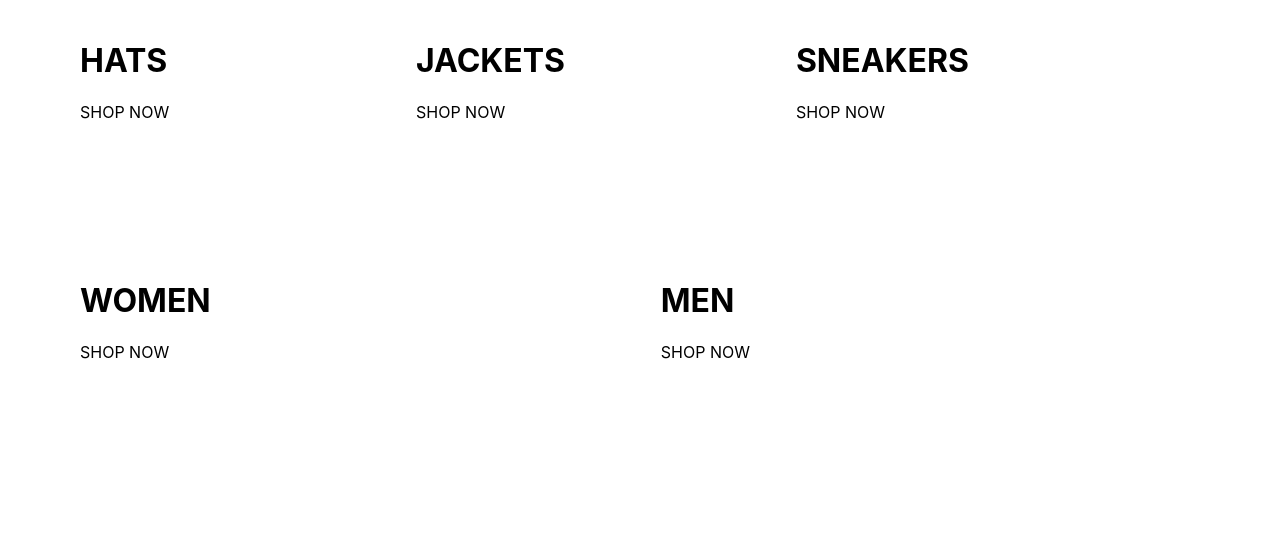
Repository: Daga01/clothing-ecommerce
Page: /checkout
These files come from the project's save history. The page is drawn as it stood at one moment and after the next save; the edit follows.
The browser window is 1280 px wide. The pictures show the whole page.
The project was rebuilt for these pictures with package versions that can differ from the ones it lists, and the page was loaded fresh each time. Also part of the build but not shown: src/App.css.

Above is the page before, as saved 2020-01-30 17:06:22.

After the next save:
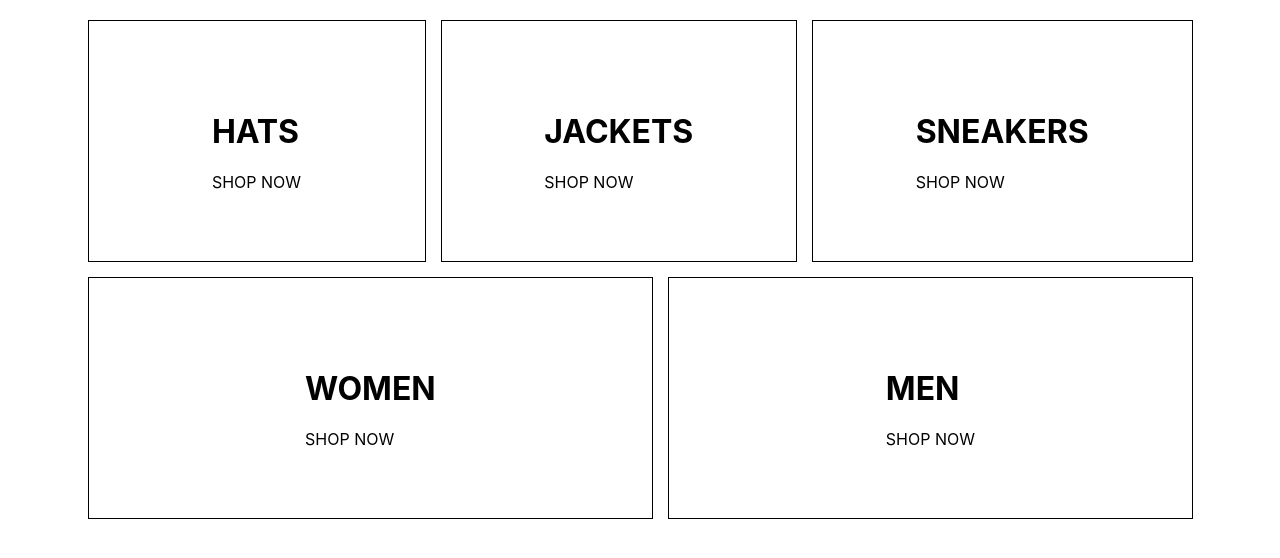
Saved 69 s later.
--- a/src/homepage.styles.scss
+++ b/src/homepage.styles.scss
@@ -17,5 +17,8 @@
   height: 240px;
   flex: 1 1 auto;
   display: flex;
-
+  align-items: center;
+  justify-content: center;
+  border: 1px solid black;
+  margin: 0 7.5px 15px;
 }
